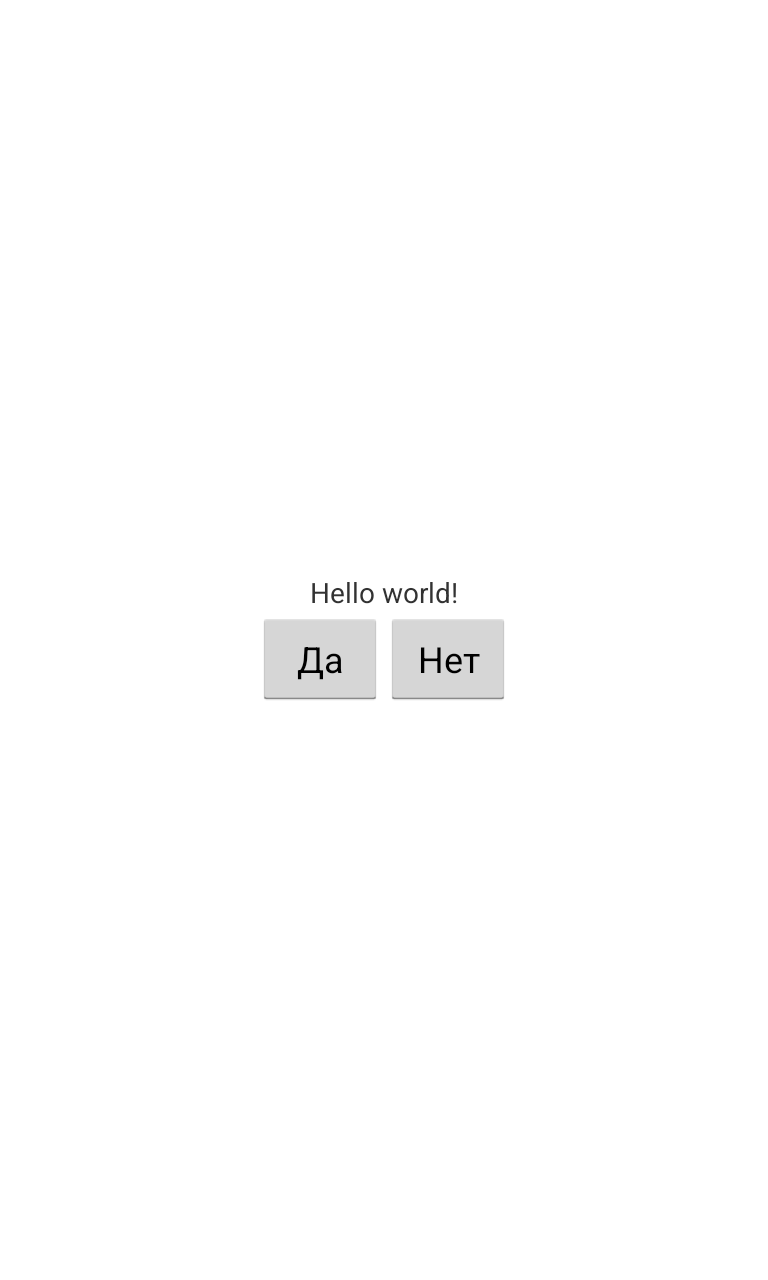
Repository: amukoseev/Android_projects
Layout: GeoQuiz/res/layout/activity_quiz.xml
These files come from the project's save history. The layout is drawn as it stood at one moment and after the next save; the edit follows.
It is drawn on a 768 x 1280 px phone screen (xhdpi) without system bars, with theme AppTheme; the app's code is not run.

Above is the layout before, as saved 2014-11-30 19:47:14.

### GeoQuiz/res/layout/activity_quiz.xml
<LinearLayout xmlns:android="http://schemas.android.com/apk/res/android"
    xmlns:tools="http://schemas.android.com/tools"
    android:layout_width="match_parent"
    android:layout_height="match_parent"
	android:gravity="center"
	android:orientation="vertical"
    tools:context=".QuizActivity" >

    <TextView
        android:layout_width="wrap_content"
        android:layout_height="wrap_content"
        android:text="@string/hello_world" />

<LinearLayout
	android:layout_width="wrap_content"
	android:layout_height="wrap_content"
	android:orientation="horizontal" >
<Button
	android:id="@+id/true_button"
	android:layout_width="wrap_content"
	android:layout_height="wrap_content"
	android:text="@string/true_button" />
<Button
	android:id="@+id/false_button"
	android:layout_width="wrap_content"
	android:layout_height="wrap_content"
	android:text="@string/false_button" />
</LinearLayout>
</LinearLayout>

### GeoQuiz/res/values/strings.xml
<?xml version="1.0" encoding="utf-8"?>
<resources>

    <string name="app_name">GeoQuiz</string>
    <string name="action_settings">Settings</string>
    <string name="hello_world">Hello world!</string>
    <string name="true_button">Да</string>
    <string name="false_button">Нет</string>

</resources>

Loaded but not shown: GeoQuiz/res/values/styles.xml (common file); GeoQuiz/res/values-v11/styles.xml (common file); GeoQuiz/res/values-v14/styles.xml (common file)

After the next save:
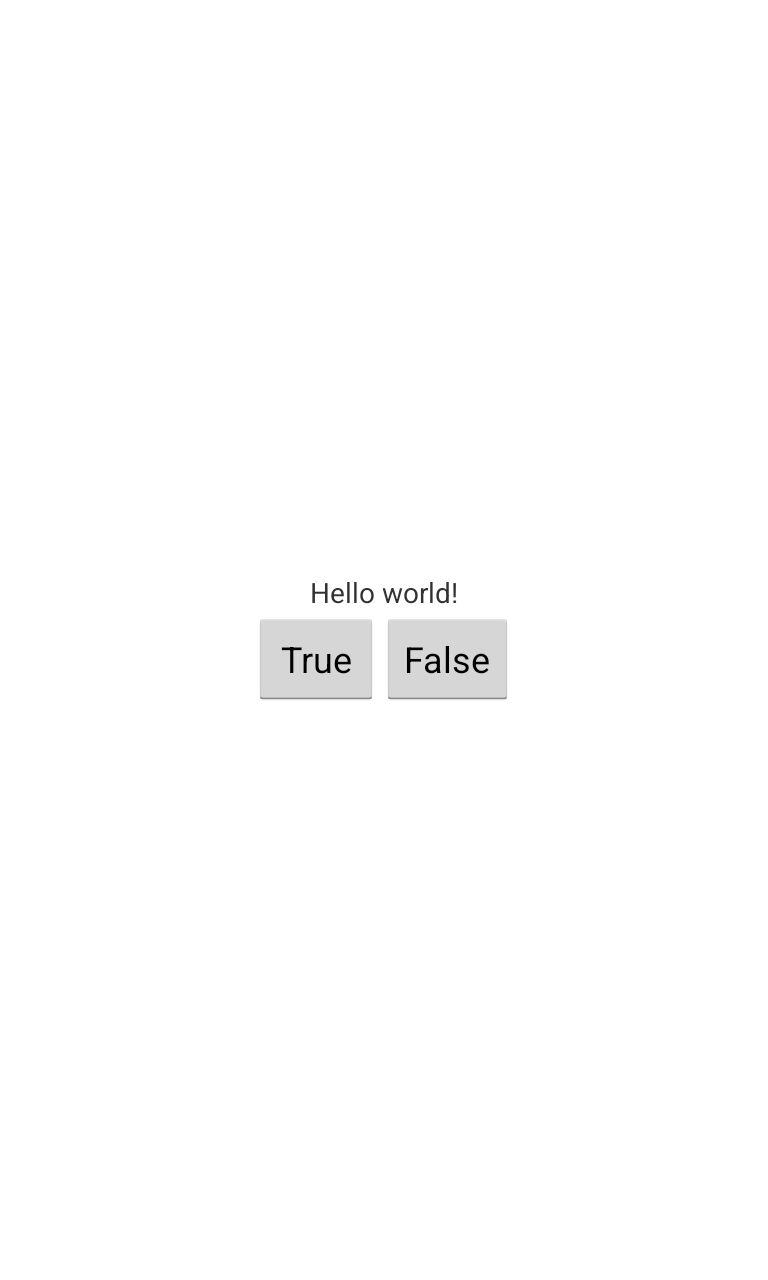
Saved 82 s later.
--- a/GeoQuiz/res/values/strings.xml
+++ b/GeoQuiz/res/values/strings.xml
@@ -6,5 +6,11 @@
     <string name="hello_world">Hello world!</string>
     <string name="true_button">Да</string>
     <string name="false_button">Нет</string>
-
+	<string name="app_name">GeoQuiz</string>
+	<string name="question_text">Constantinople is the largest city in Turkey.</string>
+	<string name="true_button">True</string>
+	<string name="false_button">False</string>
+	<string name="correct_toast">Correct!</string>
+	<string name="incorrect_toast">Incorrect!</string>
+	<string name="menu_settings">Settings</string>
 </resources>

After the save that followed:
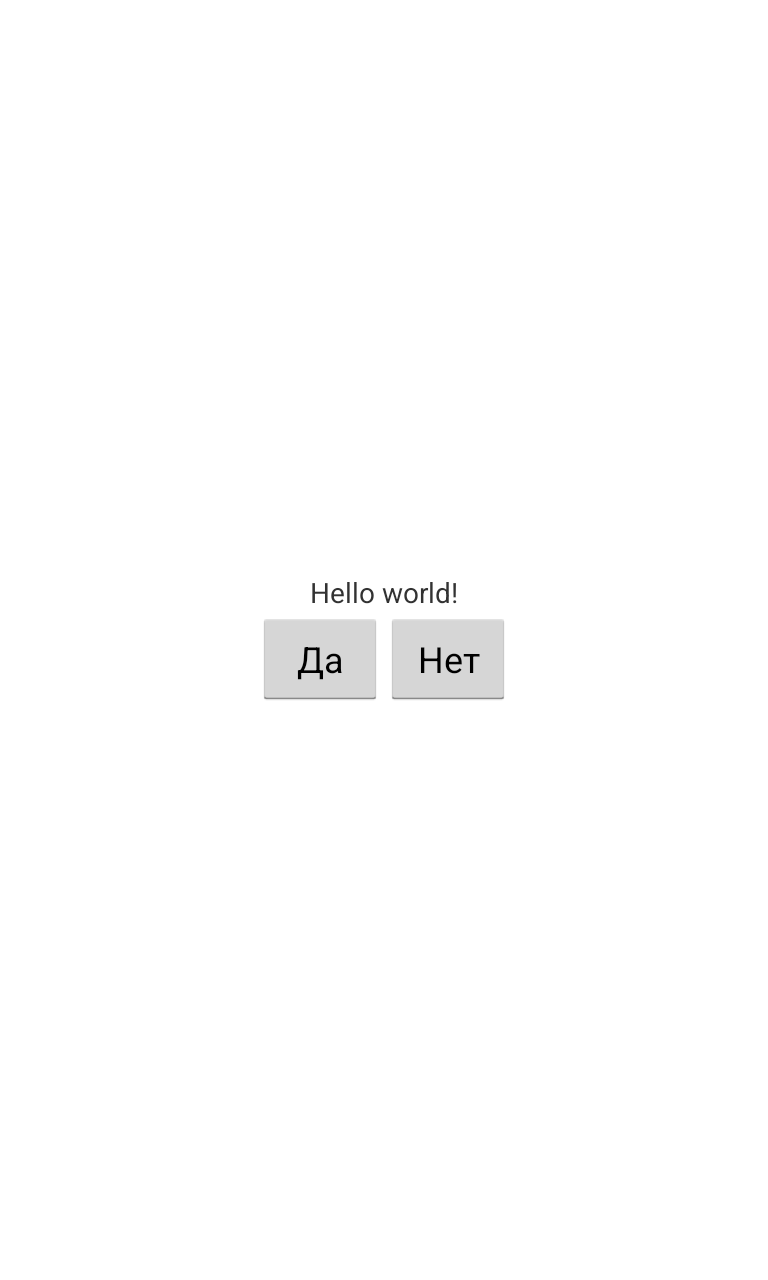
Saved 2 min 12 s later.
--- a/GeoQuiz/res/values/strings.xml
+++ b/GeoQuiz/res/values/strings.xml
@@ -8,8 +8,6 @@
     <string name="false_button">Нет</string>
 	<string name="app_name">GeoQuiz</string>
 	<string name="question_text">Constantinople is the largest city in Turkey.</string>
-	<string name="true_button">True</string>
-	<string name="false_button">False</string>
 	<string name="correct_toast">Correct!</string>
 	<string name="incorrect_toast">Incorrect!</string>
 	<string name="menu_settings">Settings</string>
